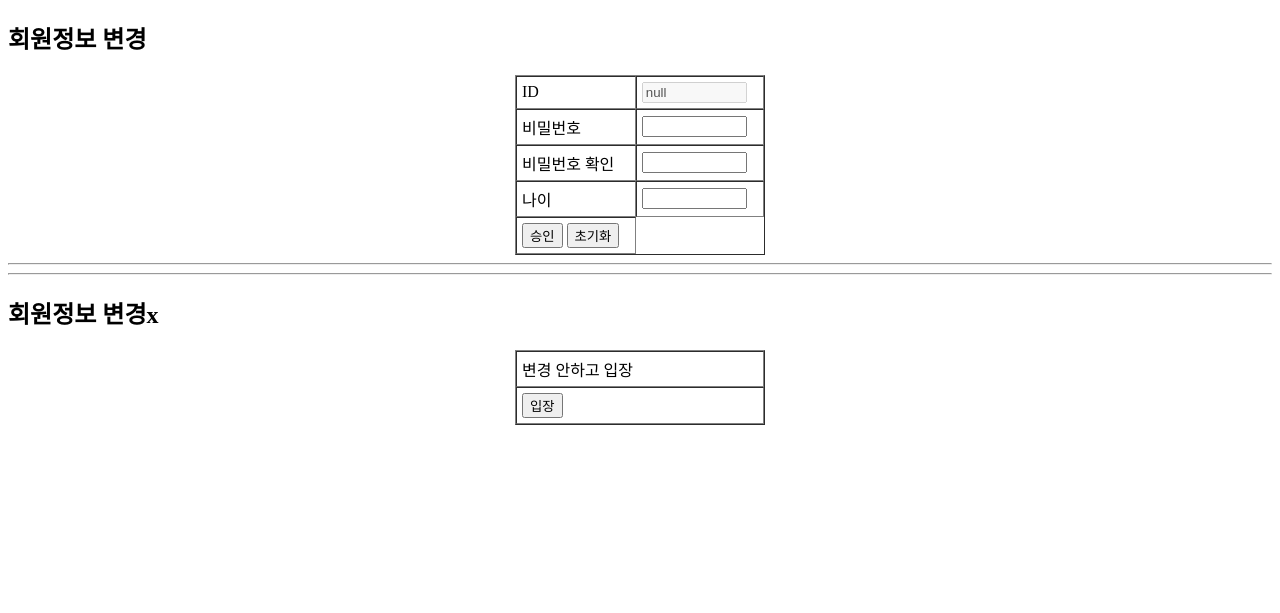
Repository: lmcoa15/Movie
Page: http://localhost/movie/user/user_login_confirm.jsp
An editor plug-in stored every save of this project. The page is shown before and after the next save, followed by the edit.
The browser window is 1280 px wide. The pictures show the whole page.
The page is served by Tomcat 9.

Above is the page before, as saved 2015-12-09 11:30:22.

After the next save:
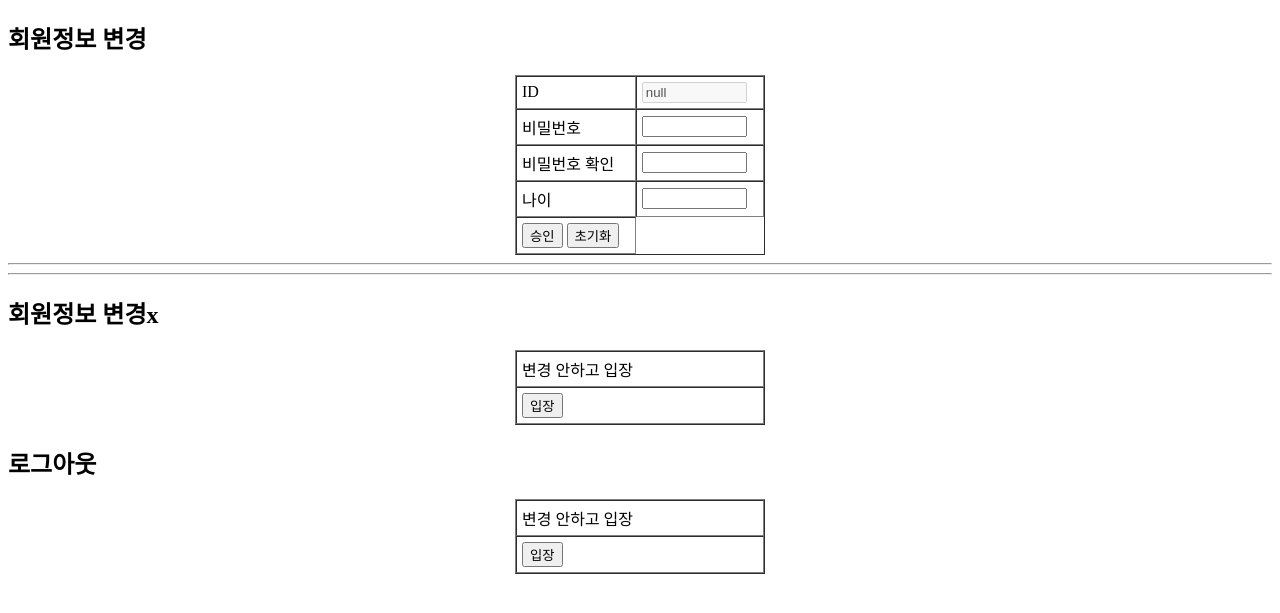
Saved 6 min 13 s later.
--- a/workspace/movie/WebContent/user/user_login_confirm.jsp
+++ b/workspace/movie/WebContent/user/user_login_confirm.jsp
@@ -73,5 +73,25 @@
 	</tr>
 </table>
 </form>
+
+<h2>로그아웃</h2>
+	<form method ="post" action="membership_control.jsp" name="form2">
+	 <input type=hidden name="action" value="exit">
+	<input type=hidden name="user_id" value=<%=user_id%>>
+	<input type=hidden name="films_id" value=<%=films_id %>>
+	<table width="250" border="1"align="center" cellspacing="0"
+												cellpadding="5">
+
+	<tr>
+		<td>변경 안하고 입장</td>
+
+	</tr>
+
+	<tr>
+		<td><input type="Submit" name="login_button" value="입장" size=1>
+		</td>
+	</tr>
+</table>
+</form>
 </body>
 </html>
